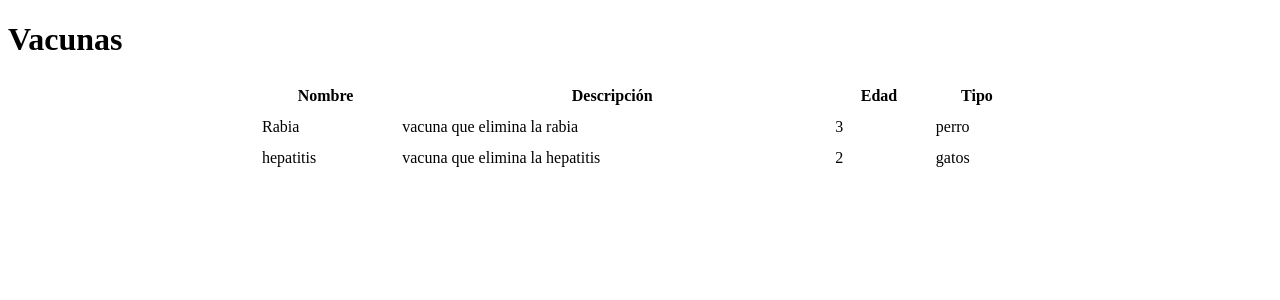
Repository: jorgesanchezfernandez/CodePortfolio
Page: http://localhost/Perrera/ListadoVacunas.jsp
These files come from the project's save history. The page is drawn as it stood at one moment and after the next save; the edit follows.
The browser window is 1280 px wide. The pictures show the whole page.
The page is served by Tomcat 9.

Above is the page before, as saved 2006-05-04 16:43:52.

After the next save:
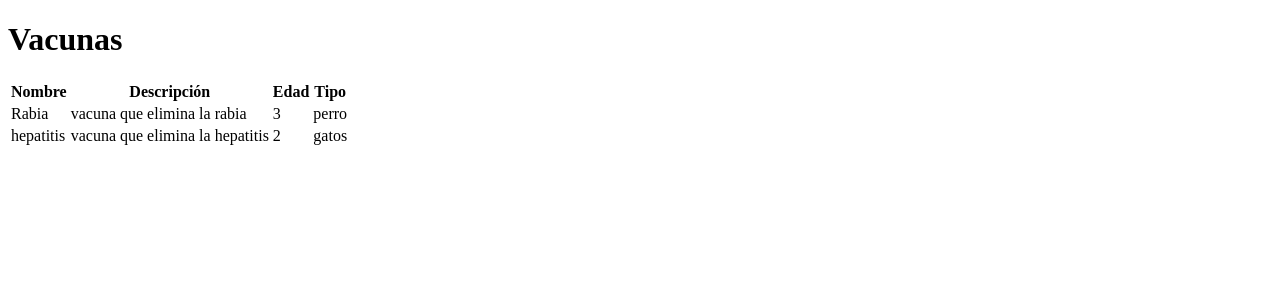
Saved 7 s later.
--- a/Java & Javascript/Web/Perrera/WebContent/ListadoVacunas.jsp
+++ b/Java & Javascript/Web/Perrera/WebContent/ListadoVacunas.jsp
@@ -11,6 +11,7 @@
 <table summary ="Listado de Vacunas" cellSpacing="1" cellPadding="6" width="770"
 align="center" border="0">
 	<H1>Vacunas</H1>
+	<table>
 	</tr>
 	<tr>
 	<th>Nombre</th><th>Descripción</th> <th>Edad</th><th>Tipo</th>
